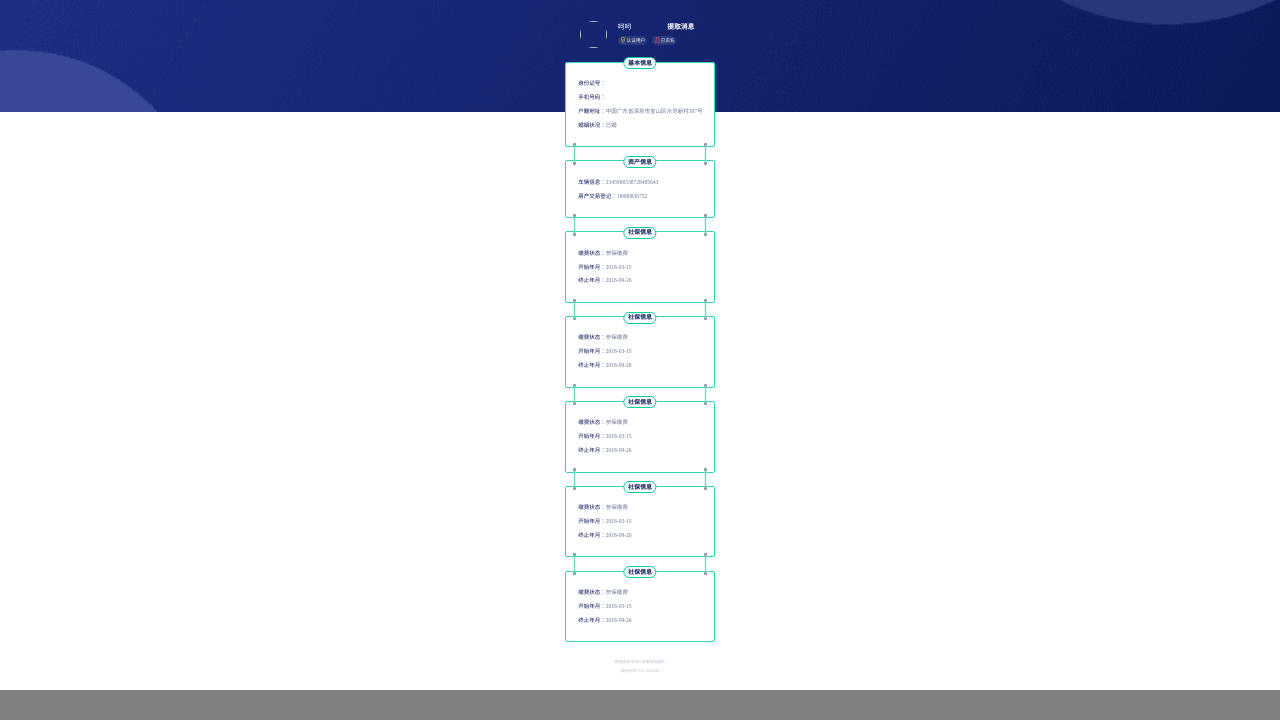
Repository: zlpstart/qingdao-new
Page: /Record
An editor plug-in stored every save of this project. The page is shown before and after the next save, followed by the edit.
The browser window is 1280 px wide. The pictures show the whole page.
The page's requests for data from a server got no answer. Some web fonts or font styles are not loaded; a fallback is used. The project was rebuilt for these pictures with package versions that can differ from the ones it lists, and the page was loaded fresh each time. No one was signed in, and anything a server would have sent is missing. Also part of the build but not shown: src/components/MySpace.vue, src/components/Home.vue, src/components/Enterprise.vue, src/components/Opinion.vue, src/components/Opinion2.vue, src/components/Car.vue, src/components/House.vue, src/components/License.vue and 5 more.

Above is the page before, as saved 2019-09-22 16:27:21.

After the next save:
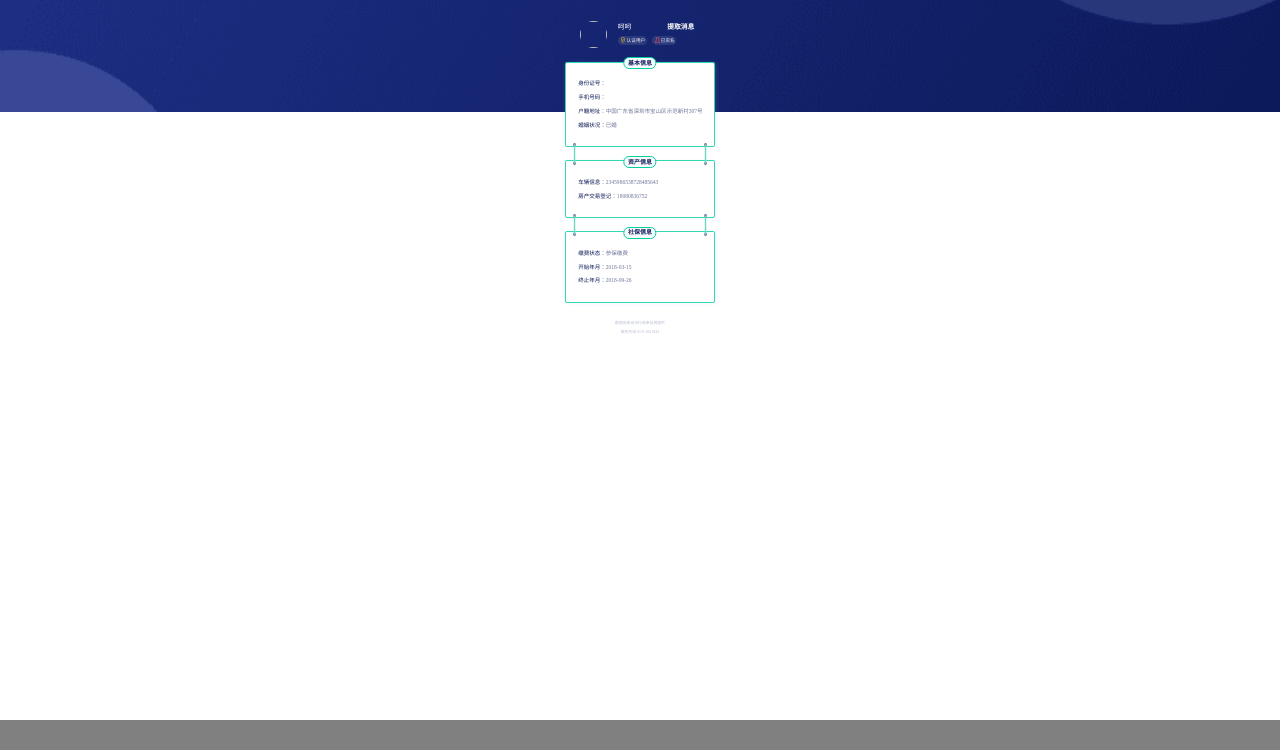
Saved 12 s later.
--- a/src/components/Record.vue
+++ b/src/components/Record.vue
@@ -159,98 +159,6 @@
             </li>
             <li>
               <b>房产交易登记：</b>18080836752
-            </li>
-          </ul>
-          <div class="checkbox" v-if="changeStyle">
-            <input type="checkbox" />
-          </div>
-        </div>
-        <div :class="{legal_content:changeClass,legal2_content:changeStyle}">
-          <div class="decorate">
-            <div class="decorate_left"></div>
-            <div class="decorate_right"></div>
-          </div>
-          <div class="legal_title">
-            <h1>社保信息</h1>
-          </div>
-          <ul v-if="tiqu">
-            <li>
-              <b>缴费状态：</b>参保缴费
-            </li>
-            <li>
-              <b>开始年月：</b>2018-03-15
-            </li>
-            <li>
-              <b>终止年月：</b>2018-09-26
-            </li>
-          </ul>
-          <div class="checkbox" v-if="changeStyle">
-            <input type="checkbox" />
-          </div>
-        </div>
-        <div :class="{legal_content:changeClass,legal2_content:changeStyle}">
-          <div class="decorate">
-            <div class="decorate_left"></div>
-            <div class="decorate_right"></div>
-          </div>
-          <div class="legal_title">
-            <h1>社保信息</h1>
-          </div>
-          <ul v-if="tiqu">
-            <li>
-              <b>缴费状态：</b>参保缴费
-            </li>
-            <li>
-              <b>开始年月：</b>2018-03-15
-            </li>
-            <li>
-              <b>终止年月：</b>2018-09-26
-            </li>
-          </ul>
-          <div class="checkbox" v-if="changeStyle">
-            <input type="checkbox" />
-          </div>
-        </div>
-        <div :class="{legal_content:changeClass,legal2_content:changeStyle}">
-          <div class="decorate">
-            <div class="decorate_left"></div>
-            <div class="decorate_right"></div>
-          </div>
-          <div class="legal_title">
-            <h1>社保信息</h1>
-          </div>
-          <ul v-if="tiqu">
-            <li>
-              <b>缴费状态：</b>参保缴费
-            </li>
-            <li>
-              <b>开始年月：</b>2018-03-15
-            </li>
-            <li>
-              <b>终止年月：</b>2018-09-26
-            </li>
-          </ul>
-          <div class="checkbox" v-if="changeStyle">
-            <input type="checkbox" />
-          </div>
-        </div>
-        <div :class="{legal_content:changeClass,legal2_content:changeStyle}">
-          <div class="decorate">
-            <div class="decorate_left"></div>
-            <div class="decorate_right"></div>
-          </div>
-          <div class="legal_title">
-            <h1>社保信息</h1>
-          </div>
-          <ul v-if="tiqu">
-            <li>
-              <b>缴费状态：</b>参保缴费
-            </li>
-            <li>
-              <b>开始年月：</b>2018-03-15
-            </li>
-            <li>
-              <b>终止年月：</b>2018-09-26
             </li>
           </ul>
           <div class="checkbox" v-if="changeStyle">
@@ -532,7 +440,6 @@ body {
   width: 100%;
   position: absolute;
   top: 3.0267rem;
-  margin-bottom: 70p;
   left: 50%;
   transform: translate(-50%);
 }
@@ -680,7 +587,7 @@ body {
 .footer {
   width: 100%;
   height: 1.8667rem;
-  position: fixed;
+  position: f;
   bottom: 0;
   background: gray;
 }
